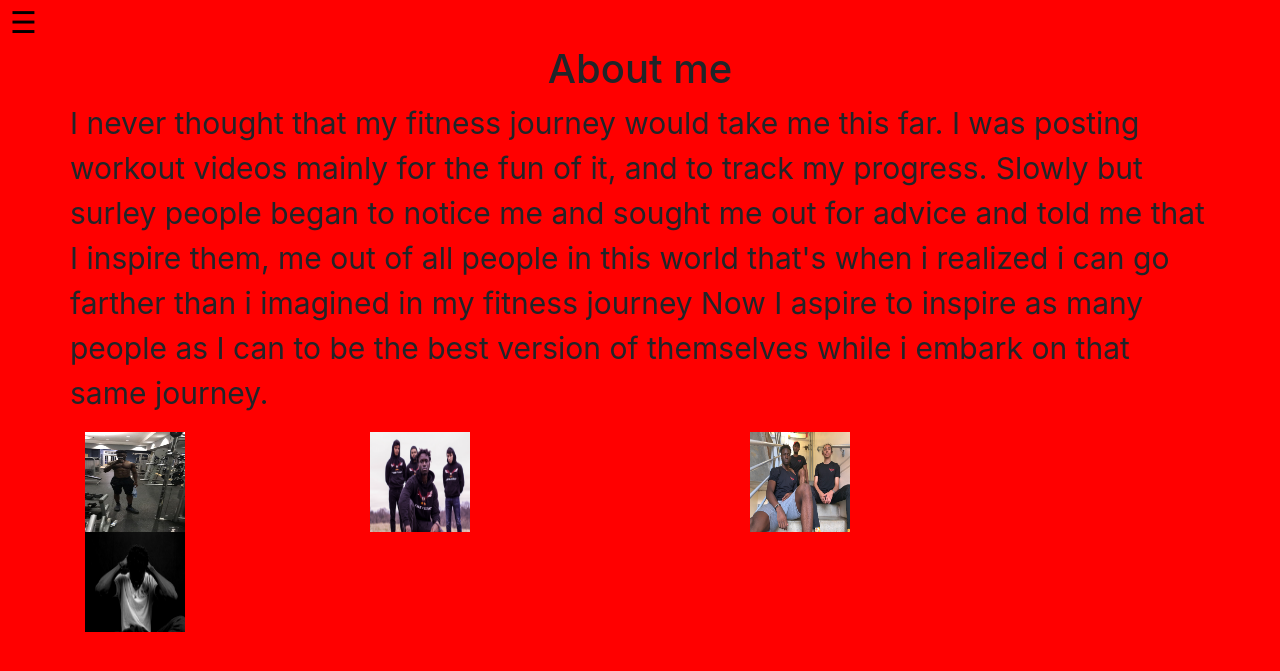
Repository: mamadont/MamadouFitnessWebsite
Page: pages-html/about-me.html
The author's editor kept a copy of each file at every save. The page is drawn from the files as they stood at one save, then again after the next save.
The browser window is 1280 px wide. The pictures show the whole page.
Some web libraries are served in a nearby version.

Above is the page before, as saved 2020-07-08 23:38:47.

### pages-html/about-me.html
<!DOCTYPE html>
<html>

<head>
    <title>Mamadou Fitness</title>
    <link rel="stylesheet" href='../pages-css/about-me.css'>
    <meta name="viewport" content="width=device-width, initial-scale=1.0">

    <!-- Bootstrap -->
    <link rel="stylesheet" href="https://stackpath.bootstrapcdn.com/bootstrap/4.5.0/css/bootstrap.min.css" integrity="sha384-9aIt2nRpC12Uk9gS9baDl411NQApFmC26EwAOH8WgZl5MYYxFfc+NcPb1dKGj7Sk" crossorigin="anonymous">
    <!-- Animate.CSS-->
    <link rel="stylesheet" href="https://cdnjs.cloudflare.com/ajax/libs/animate.css/4.0.0/animate.min.css" />
    <!-- Font Awesome -->
    <script src="https://kit.fontawesome.com/0a51dc7bb6.js" crossorigin="anonymous"></script>
</head>

<body>
    <!-- Parent container-->
    <div id="main" class="bg animate__animated animate__slideInLeft">
        <!-- Hamburger Icon-->
        <span class="menu-icon" onclick="openNav()">&#9776; </span>

        <!-- About me content-->
        <div class="container">
            <!-- Header -->
            <div class="row justify-content-center">
                <h1 id="header"> About me</h1>
            </div>

            <!-- About me description -->
            <div id="about-me-desc" class="row justify-content-center">
                <div>
                    <p>I never thought that my fitness journey would take me this far. I was posting workout videos mainly for the fun of it, and to track my progress. Slowly but surley people began to notice me and sought me out for advice and told me that
                        I inspire them, me out of all people in this world that's when i realized i can go farther than i imagined in my fitness journey Now I aspire to inspire as many people as I can to be the best version of themselves while i embark
                        on that same journey.</p>
                </div>
            </div>

            <!-- Images -->
            <div class="row">
                <div class="col-3">
                    <img src="../assets/pic1.JPG" />
                </div>
                <div class="col-4">
                    <img src="../assets/pic2.JPG" />
                </div>
                <div class="col-4">
                    <img src="../assets/pic3.JPG" />
                </div>
                <div class="col-4">
                    <img src="../assets/pic4.JPG" />
                </div>

            </div>

        </div>
    </div>

    <!-- Side menu-->
    <div id="myNav" class="overlay">
        <a href="javascript:void(0)" class="closebtn" onclick="closeNav()">&times;</a>
        <div class="overlay-content">
            <!-- Menu Options -->
            <a href="../index.html">Home</a>
            <a href="./pages-html/about-me.html">About me</a>
            <a href="./social-media.html">Social Media</a>
            <a href="#">Workout Programs</a>
            <a href="#">Shop</a>
            <a href="./contact-me.html">Apply for Coaching</a>
        </div>
    </div>

    <!-- Javascript for this page-->
    <script src="../scripts/script.js"></script>
    <!-- Necessary script tags for Bootstrap-->
    <script src="https://code.jquery.com/jquery-3.5.1.slim.min.js" integrity="sha384-DfXdz2htPH0lsSSs5nCTpuj/zy4C+OGpamoFVy38MVBnE+IbbVYUew+OrCXaRkfj" crossorigin="anonymous"></script>
    <script src="https://cdn.jsdelivr.net/npm/popper.js@1.16.0/dist/umd/popper.min.js" integrity="sha384-Q6E9RHvbIyZFJoft+2mJbHaEWldlvI9IOYy5n3zV9zzTtmI3UksdQRVvoxMfooAo" crossorigin="anonymous"></script>
    <script src="https://stackpath.bootstrapcdn.com/bootstrap/4.5.0/js/bootstrap.min.js" integrity="sha384-OgVRvuATP1z7JjHLkuOU7Xw704+h835Lr+6QL9UvYjZE3Ipu6Tp75j7Bh/kR0JKI" crossorigin="anonymous"></script>
</body>

</html>

### pages-css/about-me.css
/* Background Image */

body,
html {
    height: 100%;
    overflow-x: hidden;
    background-color: red;
}

.bg {
    /* The image used */
    background-color: #FF0000;
    /* Full height */
    height: 100%;
    /* Center and scale the image nicely */
    background-position: center;
    background-repeat: no-repeat;
    background-size: cover;
    z-index: -1;
}


/* Hamburger (Menu) icon */

.menu-icon {
    font-size: 30px;
    cursor: pointer;
    padding-left: 10px;
    color: black;
    height: 300px;
    width: 300px;
}


/* About me header */

#about-me-header {
    text-align: center;
}


/* Menu overlay */

.overlay {
    height: 100%;
    width: 0;
    position: fixed;
    z-index: 1;
    top: 0;
    left: 0;
    background-color: black;
    overflow-x: hidden;
    transition: 0.5s;
}

.overlay-content {
    position: relative;
    top: 25%;
    width: 100%;
    text-align: center;
    margin-top: 30px;
}

.overlay a {
    padding: 8px;
    text-decoration: none;
    font-size: 36px;
    color: #818181;
    display: block;
    transition: 0.3s;
}

.overlay a:hover,
.overlay a:focus {
    color: red;
    text-decoration: none;
}

.overlay .closebtn {
    position: absolute;
    top: 20px;
    right: 45px;
    font-size: 60px;
}

@media screen and (max-height: 450px) {
    .overlay a {
        font-size: 20px
    }
    .overlay .closebtn {
        font-size: 40px;
        top: 15px;
        right: 35px;
    }
}


/* About me content */

p {
    font-size: 30px;
}

img {
    height: 100px;
    width: 100px;
}

#header {
    text-align: center;
}


/* For smaller screens */

@media(max-width: 767px) {
    p {
        font-size: larger;
    }
    #about-me-desc {
        padding: 20px;
    }
}

### scripts/script.js
function openNav() {
    // Changes width based on the width of the viewport (30% for larger screens, 100% for smaller screens)
    if (window.innerWidth < 1280) {
        document.getElementById("myNav").style.width = "100%";
    } else {
        document.getElementById("myNav").style.width = "30%";
    }

    document.getElementById("main").style.opacity = 0.5;



}

function closeNav() {
    document.getElementById("myNav").style.width = "0%";
    document.getElementById("main").style.opacity = 1.0
}

After the next save:
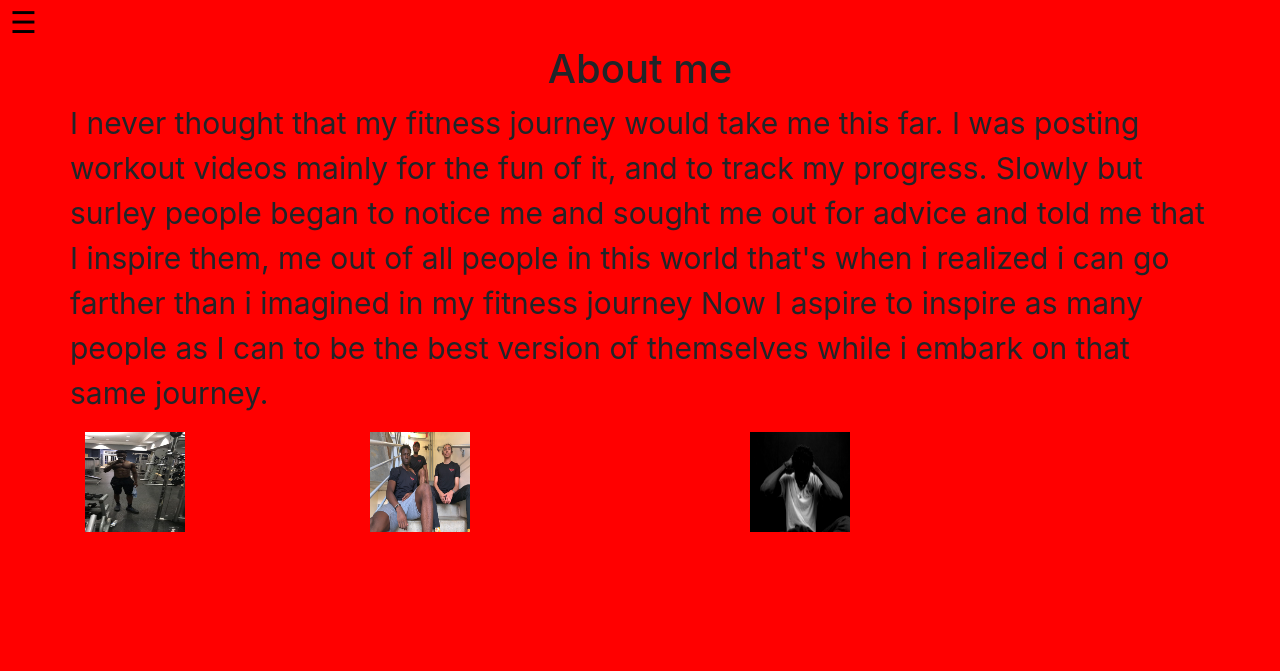
Saved 7 s later.
--- a/pages-html/about-me.html
+++ b/pages-html/about-me.html
@@ -41,9 +41,7 @@
                 <div class="col-3">
                     <img src="../assets/pic1.JPG" />
                 </div>
-                <div class="col-4">
-                    <img src="../assets/pic2.JPG" />
-                </div>
+
                 <div class="col-4">
                     <img src="../assets/pic3.JPG" />
                 </div>
